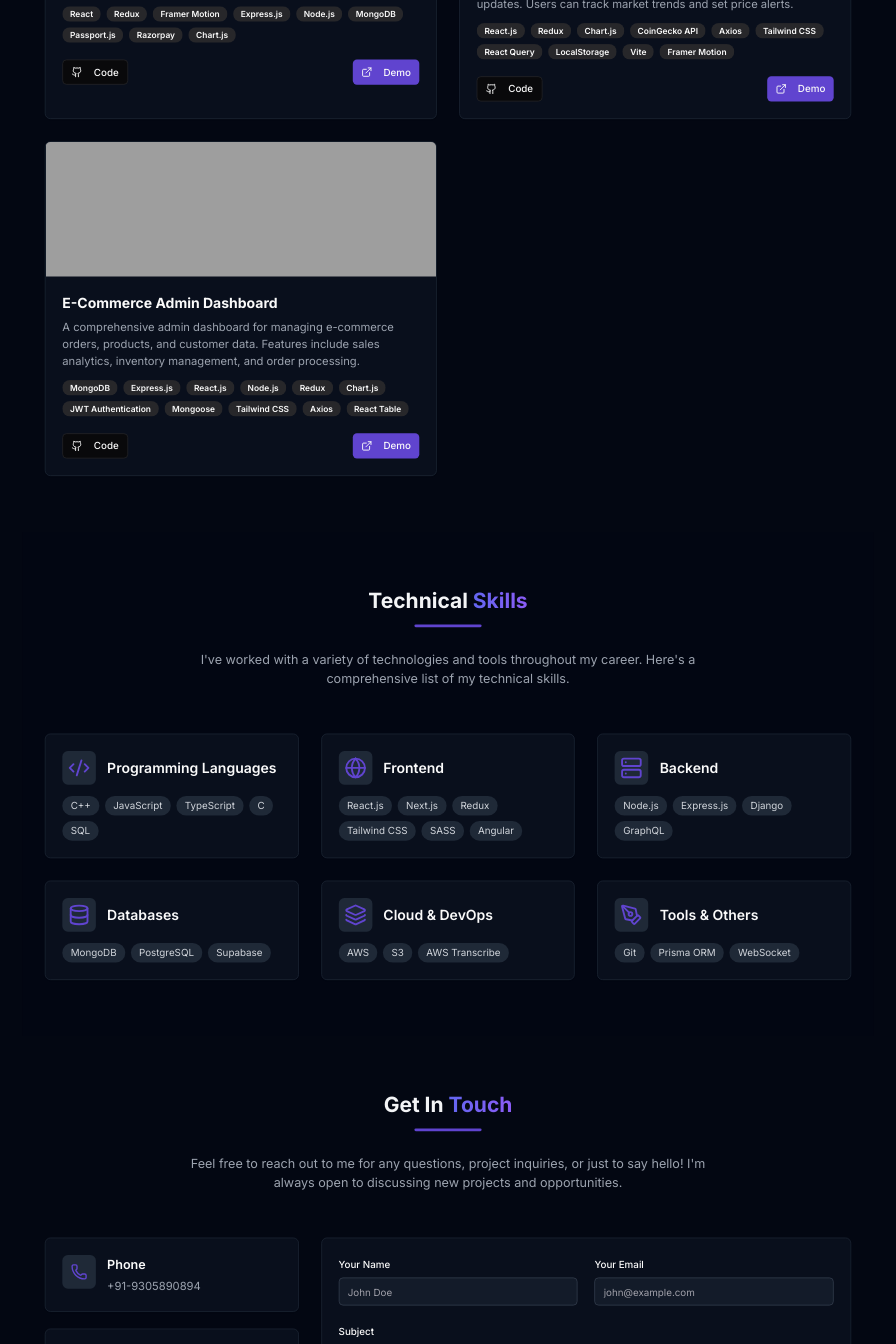
Repository: NoobCoderY/Yash
Page: /
The author's editor kept a copy of each file at every save. The page is drawn from the files as they stood at one save, then again after a run of saves.
The browser window is 1280 px wide. The pictures show the part of the page from y = 4580 to 6500 px (the page is 7186 px tall), at 70% of full size.
Pictures or frames that could not be fetched are drawn as grey boxes. The project was rebuilt for these pictures with package versions that can differ from the ones it lists, and the page was loaded fresh each time. The framework's server and built-in components were replaced by stand-ins that run in the browser. Also part of the build but not shown: next.config.mjs.

Above is the page before, as saved 2025-04-13 09:33:41.

### app/layout.tsx
import type React from "react"
import "./globals.css"
import type { Metadata } from "next"
import { Inter } from "next/font/google"
import { ThemeProvider } from "@/components/theme-provider"

const inter = Inter({ subsets: ["latin"] })

export const metadata: Metadata = {
  title: "Yash Diwaker | Full Stack Developer",
  description: "Portfolio of Yash Diwaker, Full Stack Developer specializing in MERN stack and AWS",
    generator: 'v0.dev'
}

export default function RootLayout({
  children,
}: Readonly<{
  children: React.ReactNode
}>) {
  return (
    <html lang="en" suppressHydrationWarning>
      <body className={inter.className}>
        <ThemeProvider attribute="class" defaultTheme="dark" enableSystem disableTransitionOnChange>
          {children}
        </ThemeProvider>
      </body>
    </html>
  )
}


import './globals.css'

### app/page.tsx
import Hero from "@/components/hero"
import Navbar from "@/components/navbar"
import About from "@/components/about"
import Experience from "@/components/experience"
import Projects from "@/components/projects"
import Skills from "@/components/skills"
import Contact from "@/components/contact"
import Footer from "@/components/footer"

export default function Home() {
  return (
    <div className="min-h-screen bg-gray-950 text-gray-100">
      <Navbar />
      <main className="container mx-auto px-4 sm:px-6 lg:px-8">
        <Hero />
        <About />
        <Experience />
        <Projects />
        <Skills />
        <Contact />
      </main>
      <Footer />
    </div>
  )
}

### app/globals.css
@tailwind base;
@tailwind components;
@tailwind utilities;

@layer base {
  :root {
    --background: 0 0% 100%;
    --foreground: 240 10% 3.9%;
    --card: 0 0% 100%;
    --card-foreground: 240 10% 3.9%;
    --popover: 0 0% 100%;
    --popover-foreground: 240 10% 3.9%;
    --primary: 252 59% 48%;
    --primary-foreground: 0 0% 98%;
    --secondary: 240 4.8% 95.9%;
    --secondary-foreground: 240 5.9% 10%;
    --muted: 240 4.8% 95.9%;
    --muted-foreground: 240 3.8% 46.1%;
    --accent: 240 4.8% 95.9%;
    --accent-foreground: 240 5.9% 10%;
    --destructive: 0 84.2% 60.2%;
    --destructive-foreground: 0 0% 98%;
    --border: 240 5.9% 90%;
    --input: 240 5.9% 90%;
    --ring: 252 59% 48%;
    --radius: 0.5rem;
  }

  .dark {
    --background: 240 10% 3.9%;
    --foreground: 0 0% 98%;
    --card: 240 10% 3.9%;
    --card-foreground: 0 0% 98%;
    --popover: 240 10% 3.9%;
    --popover-foreground: 0 0% 98%;
    --primary: 252 59% 54%;
    --primary-foreground: 0 0% 98%;
    --secondary: 240 3.7% 15.9%;
    --secondary-foreground: 0 0% 98%;
    --muted: 240 3.7% 15.9%;
    --muted-foreground: 240 5% 64.9%;
    --accent: 240 3.7% 15.9%;
    --accent-foreground: 0 0% 98%;
    --destructive: 0 62.8% 30.6%;
    --destructive-foreground: 0 0% 98%;
    --border: 240 3.7% 15.9%;
    --input: 240 3.7% 15.9%;
    --ring: 252 59% 54%;
  }
}

@layer base {
  * {
    @apply border-border;
  }
  body {
    @apply bg-background text-foreground;
    font-feature-settings: "rlig" 1, "calt" 1;
  }
}

.animate-slide-up {
  animation: slideUp 0.6s ease-out forwards;
  opacity: 0;
}

@keyframes slideUp {
  from {
    transform: translateY(30px);
    opacity: 0;
  }
  to {
    transform: translateY(0);
    opacity: 1;
  }
}

.animate-fade-in {
  animation: fadeIn 0.8s ease-out forwards;
  opacity: 0;
}

@keyframes fadeIn {
  from {
    opacity: 0;
  }
  to {
    opacity: 1;
  }
}

.animate-slide-in-right {
  animation: slideInRight 0.6s ease-out forwards;
  opacity: 0;
}

@keyframes slideInRight {
  from {
    transform: translateX(30px);
    opacity: 0;
  }
  to {
    transform: translateX(0);
    opacity: 1;
  }
}

.animate-pulse-slow {
  animation: pulseSlow 3s infinite;
}

@keyframes pulseSlow {
  0%,
  100% {
    opacity: 1;
  }
  50% {
    opacity: 0.7;
  }
}

.animate-float {
  animation: float 3s ease-in-out infinite;
}

@keyframes float {
  0%,
  100% {
    transform: translateY(0);
  }
  50% {
    transform: translateY(-10px);
  }
}

.gradient-text {
  background: linear-gradient(90deg, #6366f1, #8b5cf6);
  -webkit-background-clip: text;
  -webkit-text-fill-color: transparent;
  background-clip: text;
}

### components/about.tsx
"use client"

import { motion } from "framer-motion"
import { useInView } from "framer-motion"
import { useRef } from "react"
import { Card, CardContent } from "@/components/ui/card"
import { Code, Briefcase, GraduationCap } from "lucide-react"

export default function About() {
  const ref = useRef(null)
  const isInView = useInView(ref, { once: true, margin: "-100px" })

  const cardVariants = {
    hidden: { opacity: 0, y: 20 },
    visible: (i: number) => ({
      opacity: 1,
      y: 0,
      transition: {
        delay: 0.1 * i,
        duration: 0.5,
      },
    }),
  }

  const stats = [
    {
      icon: <Code className="h-8 w-8 text-primary" />,
      title: "Full Stack Developer",
      description: "Specialized in MERN stack development with AWS integration",
    },
    {
      icon: <Briefcase className="h-8 w-8 text-primary" />,
      title: "Professional Experience",
      description: "Working with multiple companies on diverse projects",
    },
    {
      icon: <GraduationCap className="h-8 w-8 text-primary" />,
      title: "B.Tech in Computer Science",
      description: "Harcourt Butler Technical University, Kanpur",
    },
  ]

  return (
    <section id="about" className="py-20">
      <div className="container mx-auto">
        <motion.div
          initial={{ opacity: 0, y: 20 }}
          animate={isInView ? { opacity: 1, y: 0 } : { opacity: 0, y: 20 }}
          transition={{ duration: 0.5 }}
          ref={ref}
          className="text-center mb-16"
        >
          <h2 className="text-3xl font-bold mb-4">
            About <span className="gradient-text">Me</span>
          </h2>
          <div className="w-24 h-1 bg-primary mx-auto mb-8 rounded-full"></div>
          <p className="text-lg text-gray-400 max-w-3xl mx-auto">
            I'm a Full Stack Developer with expertise in building scalable web applications using modern technologies.
            With a strong foundation in computer science and hands-on experience in various companies, I bring a blend
            of technical skills and practical knowledge to every project.
          </p>
        </motion.div>

        <div className="grid grid-cols-1 md:grid-cols-3 gap-8">
          {stats.map((stat, i) => (
            <motion.div
              key={i}
              custom={i}
              variants={cardVariants}
              initial="hidden"
              animate={isInView ? "visible" : "hidden"}
            >
              <Card className="bg-gray-900/50 border-gray-800 hover:border-primary/50 transition-all duration-300 h-full">
                <CardContent className="p-6 flex flex-col items-center text-center">
                  <div className="mb-4 p-3 bg-gray-800 rounded-full">{stat.icon}</div>
                  <h3 className="text-xl font-semibold mb-2">{stat.title}</h3>
                  <p className="text-gray-400">{stat.description}</p>
                </CardContent>
              </Card>
            </motion.div>
          ))}
        </div>
      </div>
    </section>
  )
}

### components/skills.tsx
"use client"

import { motion } from "framer-motion"
import { useInView } from "framer-motion"
import { useRef } from "react"
import { Card, CardContent } from "@/components/ui/card"
import { Code2, Database, Globe, Server, Layers, PenTool } from "lucide-react"

export default function Skills() {
  const ref = useRef(null)
  const isInView = useInView(ref, { once: true, margin: "-100px" })

  const skillCategories = [
    {
      title: "Programming Languages",
      icon: <Code2 className="h-8 w-8 text-primary" />,
      skills: ["C++", "JavaScript", "TypeScript", "C", "SQL"],
    },
    {
      title: "Frontend",
      icon: <Globe className="h-8 w-8 text-primary" />,
      skills: ["React.js", "Next.js", "Redux", "Tailwind CSS", "SASS", "Angular"],
    },
    {
      title: "Backend",
      icon: <Server className="h-8 w-8 text-primary" />,
      skills: ["Node.js", "Express.js", "Django", "GraphQL"],
    },
    {
      title: "Databases",
      icon: <Database className="h-8 w-8 text-primary" />,
      skills: ["MongoDB", "PostgreSQL", "Supabase"],
    },
    {
      title: "Cloud & DevOps",
      icon: <Layers className="h-8 w-8 text-primary" />,
      skills: ["AWS", "S3", "AWS Transcribe"],
    },
    {
      title: "Tools & Others",
      icon: <PenTool className="h-8 w-8 text-primary" />,
      skills: [ "Git", "Prisma ORM", "WebSocket"],
    },
  ]

  const cardVariants = {
    hidden: { opacity: 0, y: 20 },
    visible: (i: number) => ({
      opacity: 1,
      y: 0,
      transition: {
        delay: 0.1 * i,
        duration: 0.5,
      },
    }),
  }

  return (
    <section id="skills" className="py-20 bg-gray-950/50">
      <div className="container mx-auto">
        <motion.div
          initial={{ opacity: 0, y: 20 }}
          animate={isInView ? { opacity: 1, y: 0 } : { opacity: 0, y: 20 }}
          transition={{ duration: 0.5 }}
          ref={ref}
          className="text-center mb-16"
        >
          <h2 className="text-3xl font-bold mb-4">
            Technical <span className="gradient-text">Skills</span>
          </h2>
          <div className="w-24 h-1 bg-primary mx-auto mb-8 rounded-full"></div>
          <p className="text-lg text-gray-400 max-w-3xl mx-auto">
            I've worked with a variety of technologies and tools throughout my career. Here's a comprehensive list of my
            technical skills.
          </p>
        </motion.div>

        <div className="grid grid-cols-1 md:grid-cols-2 lg:grid-cols-3 gap-8">
          {skillCategories.map((category, i) => (
            <motion.div
              key={i}
              custom={i}
              variants={cardVariants}
              initial="hidden"
              animate={isInView ? "visible" : "hidden"}
            >
              <Card className="bg-gray-900/50 border-gray-800 hover:border-primary/50 transition-all duration-300 h-full">
                <CardContent className="p-6">
                  <div className="flex items-center mb-4">
                    <div className="p-2 bg-gray-800 rounded-lg mr-4">{category.icon}</div>
                    <h3 className="text-xl font-semibold">{category.title}</h3>
                  </div>
                  <div className="flex flex-wrap gap-2">
                    {category.skills.map((skill, index) => (
                      <span
                        key={index}
                        className="px-3 py-1 bg-gray-800 rounded-full text-sm text-gray-300 hover:bg-primary/20 hover:text-primary transition-colors duration-300"
                      >
                        {skill}
                      </span>
                    ))}
                  </div>
                </CardContent>
              </Card>
            </motion.div>
          ))}
        </div>
      </div>
    </section>
  )
}

### components/footer.tsx
import Link from "next/link"
import { Github, Linkedin, Mail } from "lucide-react"

export default function Footer() {
  const currentYear = new Date().getFullYear()

  return (
    <footer className="bg-gray-900 py-12 border-t border-gray-800">
      <div className="container mx-auto px-4">
        <div className="flex flex-col md:flex-row justify-between items-center">
          <div className="mb-6 md:mb-0">
            <Link href="#home" className="text-2xl font-bold gradient-text">
              Yash Diwaker
            </Link>
            <p className="text-gray-400 mt-2 max-w-md">
              Full Stack Developer specializing in building exceptional digital experiences.
            </p>
          </div>

          <div className="flex space-x-6">
            <Link
              href="https://linkedin.com/in/yashdiwaker"
              target="_blank"
              rel="noopener noreferrer"
              className="text-gray-400 hover:text-primary transition-colors"
              aria-label="LinkedIn"
            >
              <Linkedin size={24} />
            </Link>
            <Link
              href="https://github.com/NoobCoderY"
              target="_blank"
              rel="noopener noreferrer"
              className="text-gray-400 hover:text-primary transition-colors"
              aria-label="GitHub"
            >
              <Github size={24} />
            </Link>
            <Link
              href="mailto:yashdiwaker74@gmail.com"
              className="text-gray-400 hover:text-primary transition-colors"
              aria-label="Email"
            >
              <Mail size={24} />
            </Link>
          </div>
        </div>

        <div className="border-t border-gray-800 mt-8 pt-8 flex flex-col md:flex-row justify-between items-center">
          <p className="text-gray-500 text-sm">© {currentYear} Yash Diwaker. All rights reserved.</p>
          <div className="mt-4 md:mt-0">
            <ul className="flex space-x-6 text-sm text-gray-500">
              <li>
                <Link href="#home" className="hover:text-primary transition-colors">
                  Home
                </Link>
              </li>
              <li>
                <Link href="#about" className="hover:text-primary transition-colors">
                  About
                </Link>
              </li>
              <li>
                <Link href="#projects" className="hover:text-primary transition-colors">
                  Projects
                </Link>
              </li>
              <li>
                <Link href="#contact" className="hover:text-primary transition-colors">
                  Contact
                </Link>
              </li>
            </ul>
          </div>
        </div>
      </div>
    </footer>
  )
}

### components/ui/button.tsx
import * as React from "react"
import { Slot } from "@radix-ui/react-slot"
import { cva, type VariantProps } from "class-variance-authority"

import { cn } from "@/lib/utils"

const buttonVariants = cva(
  "inline-flex items-center justify-center gap-2 whitespace-nowrap rounded-md text-sm font-medium ring-offset-background transition-colors focus-visible:outline-none focus-visible:ring-2 focus-visible:ring-ring focus-visible:ring-offset-2 disabled:pointer-events-none disabled:opacity-50 [&_svg]:pointer-events-none [&_svg]:size-4 [&_svg]:shrink-0",
  {
    variants: {
      variant: {
        default: "bg-primary text-primary-foreground hover:bg-primary/90",
        destructive:
          "bg-destructive text-destructive-foreground hover:bg-destructive/90",
        outline:
          "border border-input bg-background hover:bg-accent hover:text-accent-foreground",
        secondary:
          "bg-secondary text-secondary-foreground hover:bg-secondary/80",
        ghost: "hover:bg-accent hover:text-accent-foreground",
        link: "text-primary underline-offset-4 hover:underline",
      },
      size: {
        default: "h-10 px-4 py-2",
        sm: "h-9 rounded-md px-3",
        lg: "h-11 rounded-md px-8",
        icon: "h-10 w-10",
      },
    },
    defaultVariants: {
      variant: "default",
      size: "default",
    },
  }
)

export interface ButtonProps
  extends React.ButtonHTMLAttributes<HTMLButtonElement>,
    VariantProps<typeof buttonVariants> {
  asChild?: boolean
}

const Button = React.forwardRef<HTMLButtonElement, ButtonProps>(
  ({ className, variant, size, asChild = false, ...props }, ref) => {
    const Comp = asChild ? Slot : "button"
    return (
      <Comp
        className={cn(buttonVariants({ variant, size, className }))}
        ref={ref}
        {...props}
      />
    )
  }
)
Button.displayName = "Button"

export { Button, buttonVariants }

### components/ui/card.tsx
import * as React from "react"

import { cn } from "@/lib/utils"

const Card = React.forwardRef<
  HTMLDivElement,
  React.HTMLAttributes<HTMLDivElement>
>(({ className, ...props }, ref) => (
  <div
    ref={ref}
    className={cn(
      "rounded-lg border bg-card text-card-foreground shadow-sm",
      className
    )}
    {...props}
  />
))
Card.displayName = "Card"

const CardHeader = React.forwardRef<
  HTMLDivElement,
  React.HTMLAttributes<HTMLDivElement>
>(({ className, ...props }, ref) => (
  <div
    ref={ref}
    className={cn("flex flex-col space-y-1.5 p-6", className)}
    {...props}
  />
))
CardHeader.displayName = "CardHeader"

const CardTitle = React.forwardRef<
  HTMLDivElement,
  React.HTMLAttributes<HTMLDivElement>
>(({ className, ...props }, ref) => (
  <div
    ref={ref}
    className={cn(
      "text-2xl font-semibold leading-none tracking-tight",
      className
    )}
    {...props}
  />
))
CardTitle.displayName = "CardTitle"

const CardDescription = React.forwardRef<
  HTMLDivElement,
  React.HTMLAttributes<HTMLDivElement>
>(({ className, ...props }, ref) => (
  <div
    ref={ref}
    className={cn("text-sm text-muted-foreground", className)}
    {...props}
  />
))
CardDescription.displayName = "CardDescription"

const CardContent = React.forwardRef<
  HTMLDivElement,
  React.HTMLAttributes<HTMLDivElement>
>(({ className, ...props }, ref) => (
  <div ref={ref} className={cn("p-6 pt-0", className)} {...props} />
))
CardContent.displayName = "CardContent"

const CardFooter = React.forwardRef<
  HTMLDivElement,
  React.HTMLAttributes<HTMLDivElement>
>(({ className, ...props }, ref) => (
  <div
    ref={ref}
    className={cn("flex items-center p-6 pt-0", className)}
    {...props}
  />
))
CardFooter.displayName = "CardFooter"

export { Card, CardHeader, CardFooter, CardTitle, CardDescription, CardContent }

### components/ui/badge.tsx
import * as React from "react"
import { cva, type VariantProps } from "class-variance-authority"

import { cn } from "@/lib/utils"

const badgeVariants = cva(
  "inline-flex items-center rounded-full border px-2.5 py-0.5 text-xs font-semibold transition-colors focus:outline-none focus:ring-2 focus:ring-ring focus:ring-offset-2",
  {
    variants: {
      variant: {
        default:
          "border-transparent bg-primary text-primary-foreground hover:bg-primary/80",
        secondary:
          "border-transparent bg-secondary text-secondary-foreground hover:bg-secondary/80",
        destructive:
          "border-transparent bg-destructive text-destructive-foreground hover:bg-destructive/80",
        outline: "text-foreground",
      },
    },
    defaultVariants: {
      variant: "default",
    },
  }
)

export interface BadgeProps
  extends React.HTMLAttributes<HTMLDivElement>,
    VariantProps<typeof badgeVariants> {}

function Badge({ className, variant, ...props }: BadgeProps) {
  return (
    <div className={cn(badgeVariants({ variant }), className)} {...props} />
  )
}

export { Badge, badgeVariants }

### components/ui/input.tsx
import * as React from "react"

import { cn } from "@/lib/utils"

const Input = React.forwardRef<HTMLInputElement, React.ComponentProps<"input">>(
  ({ className, type, ...props }, ref) => {
    return (
      <input
        type={type}
        className={cn(
          "flex h-10 w-full rounded-md border border-input bg-background px-3 py-2 text-base ring-offset-background file:border-0 file:bg-transparent file:text-sm file:font-medium file:text-foreground placeholder:text-muted-foreground focus-visible:outline-none focus-visible:ring-2 focus-visible:ring-ring focus-visible:ring-offset-2 disabled:cursor-not-allowed disabled:opacity-50 md:text-sm",
          className
        )}
        ref={ref}
        {...props}
      />
    )
  }
)
Input.displayName = "Input"

export { Input }

Loaded but not shown: components/theme-provider.tsx (common file); components/ui/textarea.tsx (common file); lib/utils.ts (common file); tailwind.config.ts (common file); components/projects.tsx (243 lines, source omitted); components/hero.tsx (166 lines, source omitted); components/contact.tsx (185 lines, source omitted); components/experience.tsx (114 lines, source omitted); components/navbar.tsx (107 lines, source omitted)

After the next 2 saves:
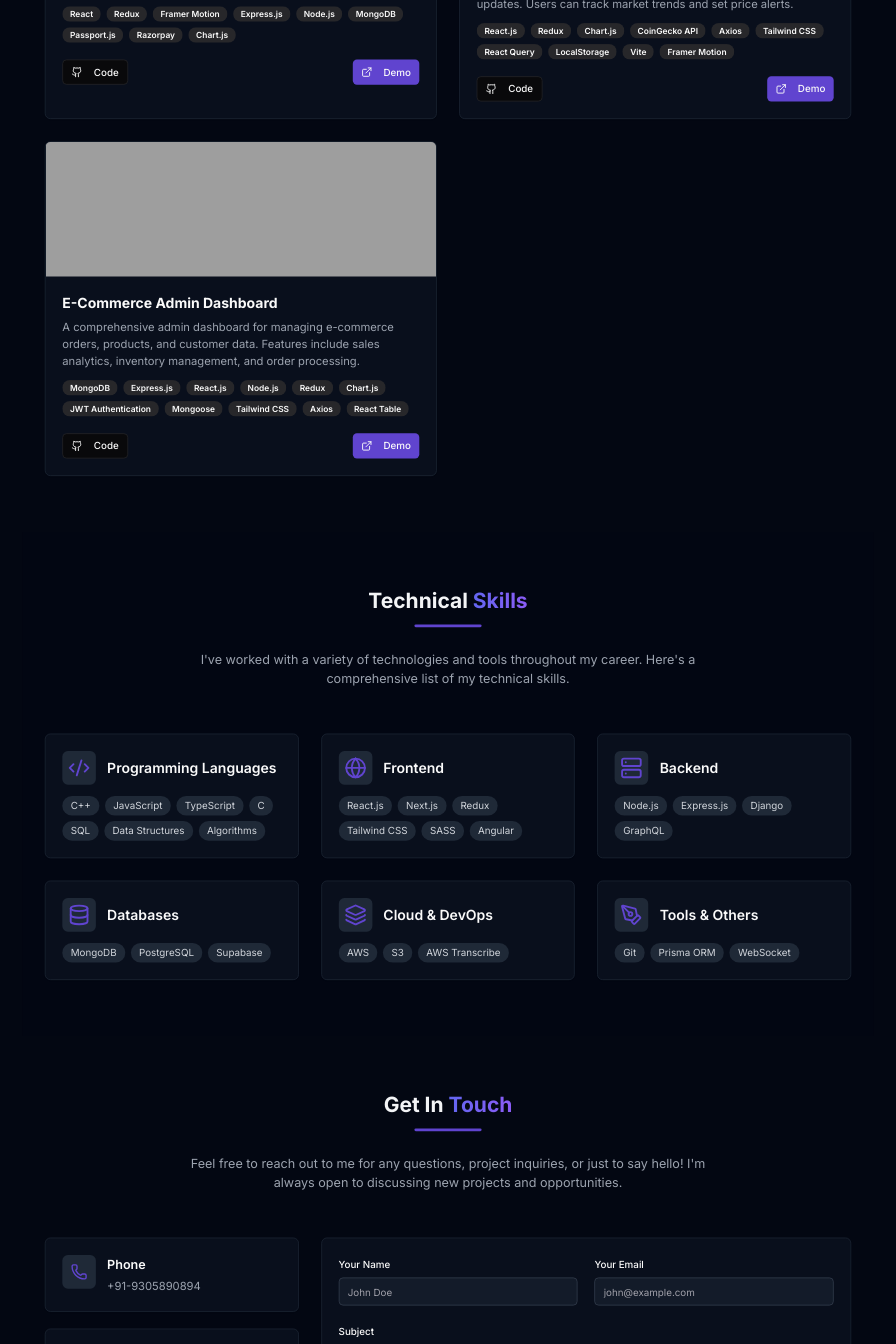
The 2 saves are shown as one change because they came seconds apart.
The last was saved 8 s later.
--- a/components/skills.tsx
+++ b/components/skills.tsx
@@ -12,36 +12,51 @@ export default function Skills() {
 
   const skillCategories = [
     {
-      title: "Programming Languages",
-      icon: <Code2 className="h-8 w-8 text-primary" />,
-      skills: ["C++", "JavaScript", "TypeScript", "C", "SQL"],
+      title: 'Programming Languages',
+      icon: <Code2 className='h-8 w-8 text-primary' />,
+      skills: [
+        'C++',
+        'JavaScript',
+        'TypeScript',
+        'C',
+        'SQL',
+        'Data Structures',
+        'Algorithms',
+      ],
     },
     {
-      title: "Frontend",
-      icon: <Globe className="h-8 w-8 text-primary" />,
-      skills: ["React.js", "Next.js", "Redux", "Tailwind CSS", "SASS", "Angular"],
+      title: 'Frontend',
+      icon: <Globe className='h-8 w-8 text-primary' />,
+      skills: [
+        'React.js',
+        'Next.js',
+        'Redux',
+        'Tailwind CSS',
+        'SASS',
+        'Angular',
+      ],
     },
     {
-      title: "Backend",
-      icon: <Server className="h-8 w-8 text-primary" />,
-      skills: ["Node.js", "Express.js", "Django", "GraphQL"],
+      title: 'Backend',
+      icon: <Server className='h-8 w-8 text-primary' />,
+      skills: ['Node.js', 'Express.js', 'Django', 'GraphQL'],
     },
     {
-      title: "Databases",
-      icon: <Database className="h-8 w-8 text-primary" />,
-      skills: ["MongoDB", "PostgreSQL", "Supabase"],
+      title: 'Databases',
+      icon: <Database className='h-8 w-8 text-primary' />,
+      skills: ['MongoDB', 'PostgreSQL', 'Supabase'],
     },
     {
-      title: "Cloud & DevOps",
-      icon: <Layers className="h-8 w-8 text-primary" />,
-      skills: ["AWS", "S3", "AWS Transcribe"],
+      title: 'Cloud & DevOps',
+      icon: <Layers className='h-8 w-8 text-primary' />,
+      skills: ['AWS', 'S3', 'AWS Transcribe'],
     },
     {
-      title: "Tools & Others",
-      icon: <PenTool className="h-8 w-8 text-primary" />,
-      skills: [ "Git", "Prisma ORM", "WebSocket"],
+      title: 'Tools & Others',
+      icon: <PenTool className='h-8 w-8 text-primary' />,
+      skills: ['Git', 'Prisma ORM', 'WebSocket'],
     },
-  ]
+  ];
 
   const cardVariants = {
     hidden: { opacity: 0, y: 20 },
